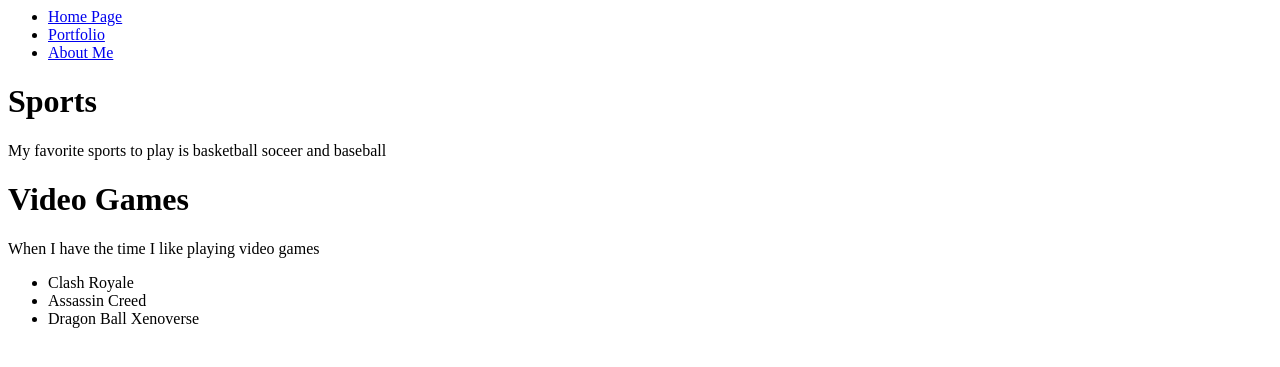
Repository: KevinAbr/KevinAbr.github.io
Page: about.html
The author's editor kept a record of every edit. The page is drawn from the files as they stood at one moment, then again after the next edit.
The browser window is 1280 px wide. The pictures show the whole page.

Above is the page before.

After the next edit:
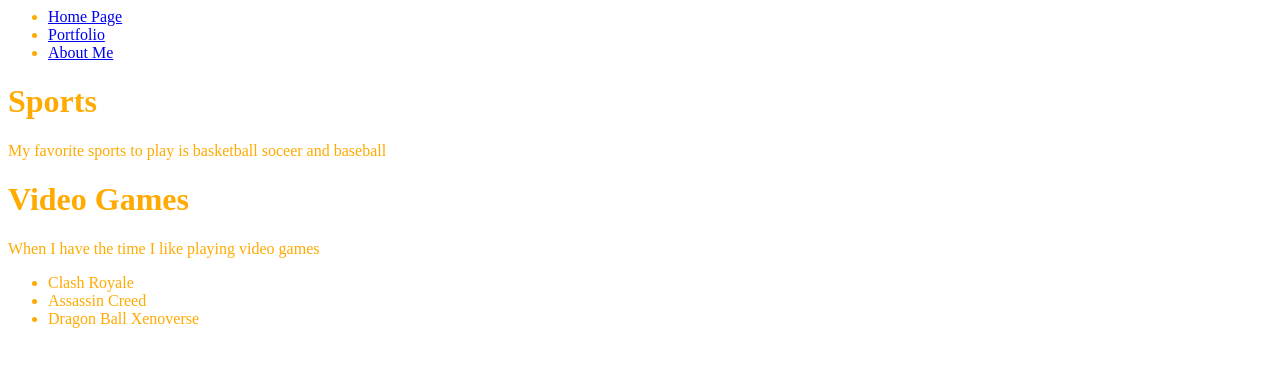
The edit:
--- a/about.html
+++ b/about.html
@@ -1,19 +1,28 @@
 <html>
     <head>
        <title>About Me</title>
+        <style>
+            body {
+                color:rgb(255, 170, 0);
+        }
 
+
+        </style>
     </head>
 
     <body>
         <ul>
           <li><a href="index.html">Home Page</a></li>
           <li><a href="portfolio.html">Portfolio</a></li>
-          <li><a href="index.html">About Me</a></li>
+          <li><a href="about.html">About Me</a></li>
         </ul>
     <h1> Sports </h1>
        <p> My favorite sports to play is basketball soceer and baseball</p>
 
     <h1> Video Games </h1>
+        <a></a>
+
+
         <p>When I have the time I like playing video games</p>
         <ul>
             <li> Clash Royale</li>
